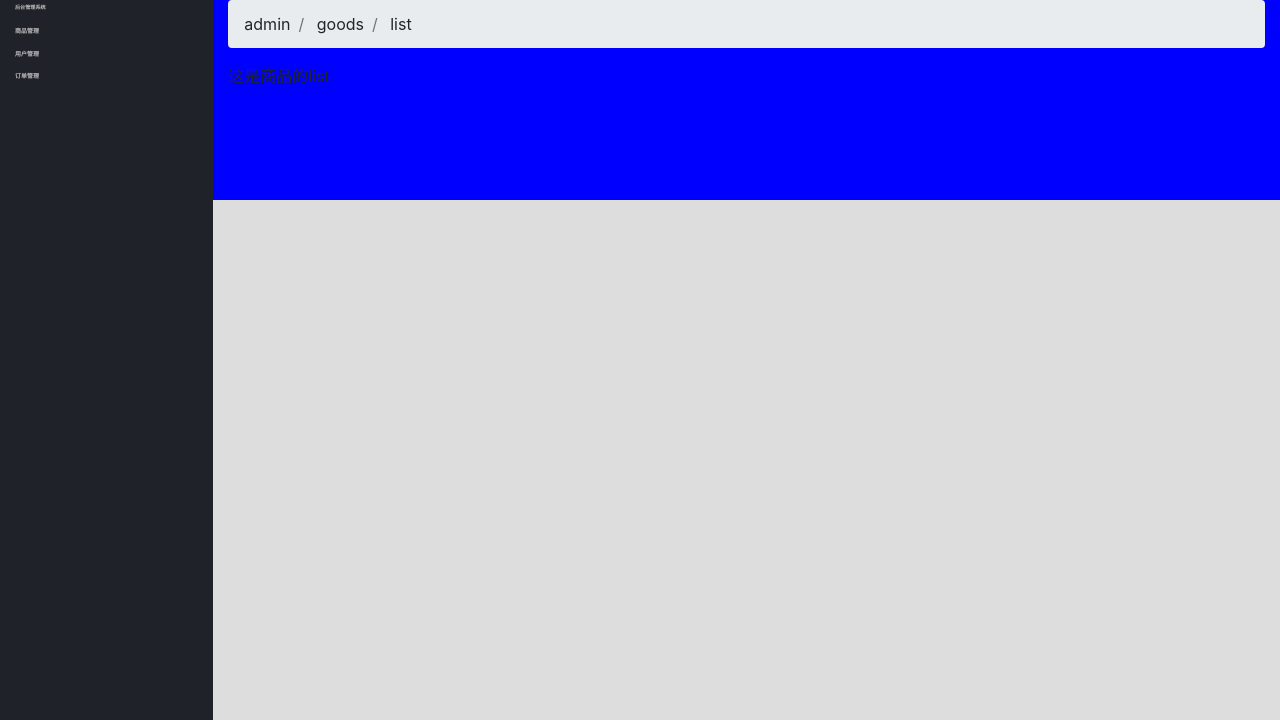
Repository: Rayfang0719/Vue-admin
Page: /admin/goods/list
These files come from the project's save history. The page is drawn as it stood at one moment and after a run of saves; the edit follows.
The browser window is 1280 px wide. The pictures show the whole page.
The project was rebuilt for these pictures with package versions that can differ from the ones it lists, and the page was loaded fresh each time. Also part of the build but not shown: vue.config.js, src/pages/login.vue.

Above is the page before, as saved 2019-05-11 16:00:41.

After the next 2 saves:
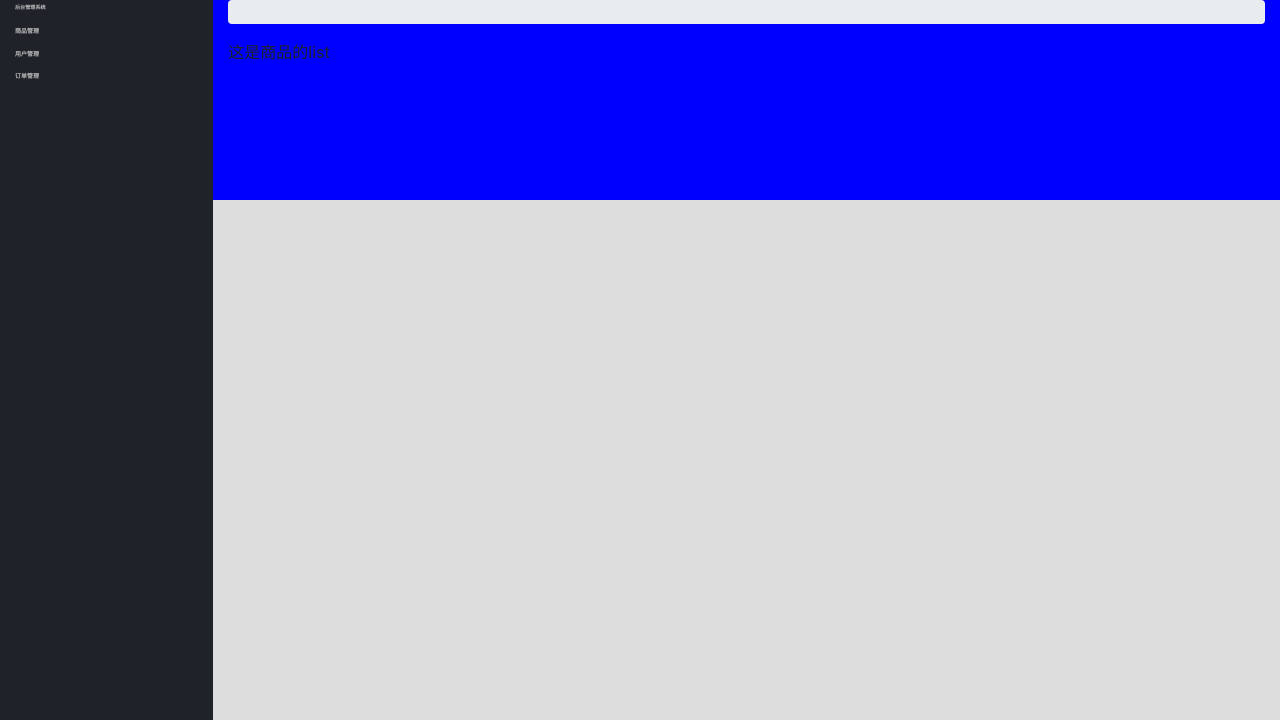
The 2 saves are shown as one change because they came seconds apart.
The last was saved 47 s later.
--- a/src/pages/admin/admin.vue
+++ b/src/pages/admin/admin.vue
@@ -58,11 +58,13 @@ export default {
       paths:[]
     }
   },
-
-  mounted() {
+  computed(){
     this.paths = this.$route.path;
     this.paths = this.paths.split('/')
      this.paths.splice(0,1);
+  },
+  mounted() {
+
     var goods = $(".goods");
     var users = $(".users");
     var order = $(".order");
